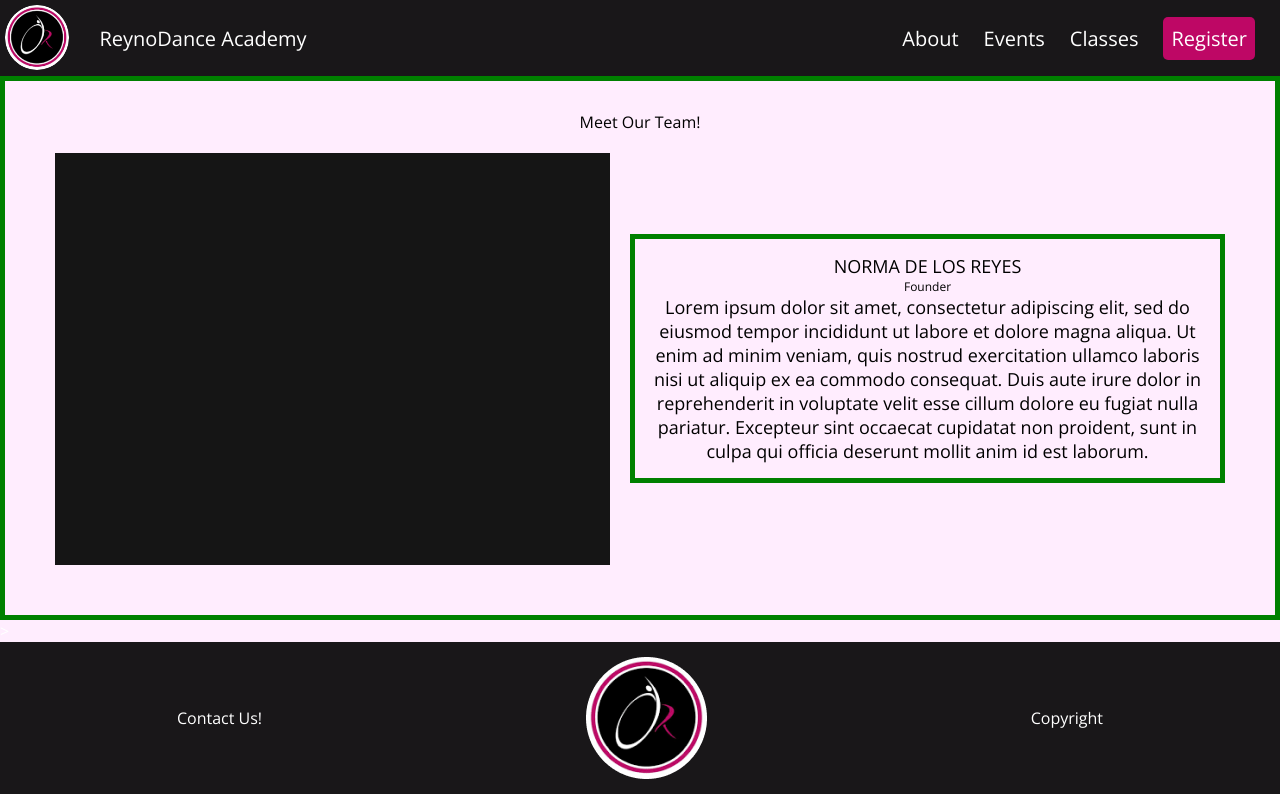
Repository: andreaelpz/reynodance-academy
Page: /about
The author's editor kept a copy of each file at every save. The page is drawn from the files as they stood at one save, then again after the next save.
The browser window is 1280 px wide. The pictures show the whole page.
The project was rebuilt for these pictures with package versions that can differ from the ones it lists, and the page was loaded fresh each time. Also part of the build but not shown: angular.json, src/app/classes/classes.component.ts, src/app/events/events.component.ts, src/app/sign-in/sign-in.component.ts, src/app/dashboard/dashboard.component.ts, src/app/home/home.component.ts, src/app/user/register/register.component.ts, src/app/login/login.component.ts.

Above is the page before, as saved 2024-11-18 21:05:43.

After the next save:
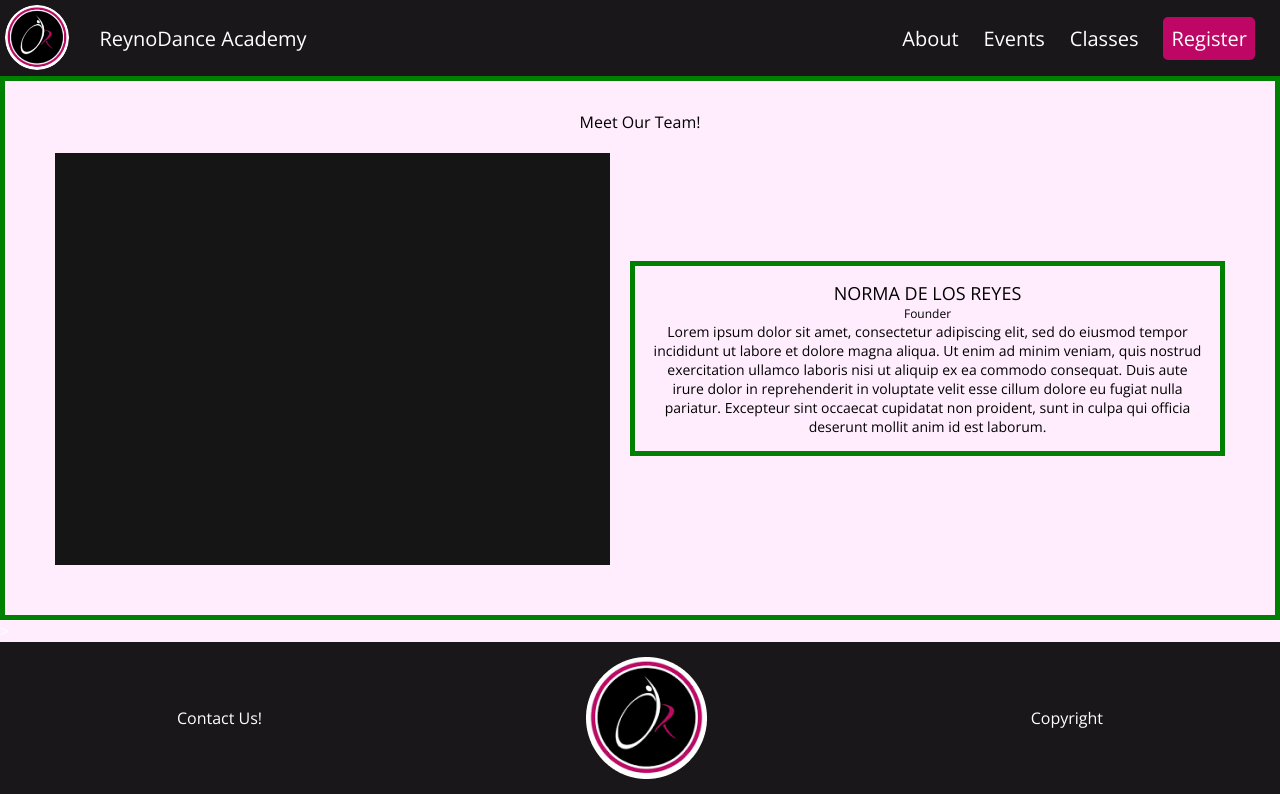
Saved 4 s later.
--- a/src/app/about/about.component.css
+++ b/src/app/about/about.component.css
@@ -37,5 +37,5 @@
 .normaInfo{
   display: flex;
   text-align: center;
-  font-size:
+  font-size: 14px;
 }
